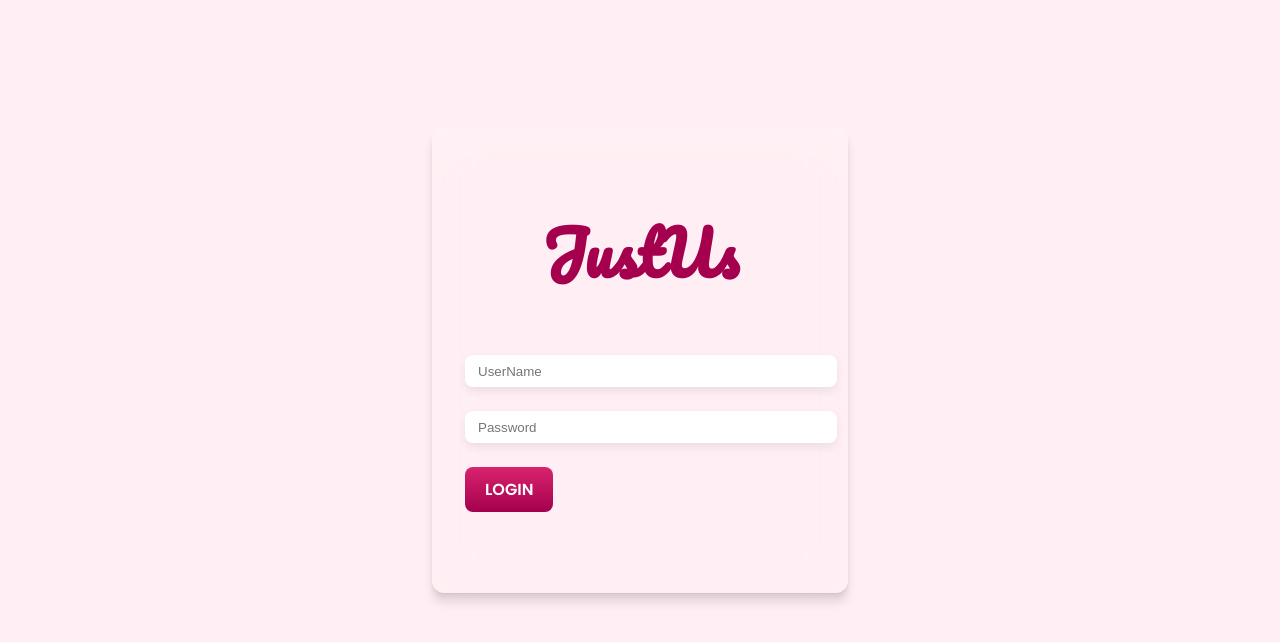
Repository: AfifaNoor/JustUs_ReactJs
Page: /
An editor plug-in stored every save of this project. The page is shown before and after the next save, followed by the edit.
The browser window is 1280 px wide. The pictures show the whole page.
The project was rebuilt for these pictures with package versions that can differ from the ones it lists, and the page was loaded fresh each time.

Above is the page before, as saved 2025-07-14 16:09:06.

### public/index.html
<!DOCTYPE html>
<html lang="en">
  <head>
    <meta charset="utf-8" />
    <link rel="icon" href="%PUBLIC_URL%/favicon.ico" />
    <link href="https://fonts.googleapis.com/css2?family=Poppins:wght@300;400;500;600;700&family=Pacifico&display=swap" rel="stylesheet">
    <meta name="viewport" content="width=device-width, initial-scale=1" />
    <meta name="theme-color" content="#000000" />
    <meta
      name="description"
      content="Web site created using create-react-app"
    />
    <link rel="apple-touch-icon" href="%PUBLIC_URL%/logo192.png" />
    <!--
      manifest.json provides metadata used when your web app is installed on a
      user's mobile device or desktop. See https://developers.google.com/web/fundamentals/web-app-manifest/
    -->
    <link rel="manifest" href="%PUBLIC_URL%/manifest.json" />
    <!--
      Notice the use of %PUBLIC_URL% in the tags above.
      It will be replaced with the URL of the `public` folder during the build.
      Only files inside the `public` folder can be referenced from the HTML.

      Unlike "/favicon.ico" or "favicon.ico", "%PUBLIC_URL%/favicon.ico" will
      work correctly both with client-side routing and a non-root public URL.
      Learn how to configure a non-root public URL by running `npm run build`.
    -->
    <title>Just Us</title>
  </head>
  <body>
    <noscript>You need to enable JavaScript to run this app.</noscript>
    <div id="root"></div>
    <!--
      This HTML file is a template.
      If you open it directly in the browser, you will see an empty page.

      You can add webfonts, meta tags, or analytics to this file.
      The build step will place the bundled scripts into the <body> tag.

      To begin the development, run `npm start` or `yarn start`.
      To create a production bundle, use `npm run build` or `yarn build`.
    -->
  </body>
</html>

### src/App.js
import React from 'react'
import LoginPage from './LoginPage'

const App = () => {
  return (
    <div>
      <LoginPage/>
    </div>
  )
}

export default App

### src/LoginPage.jsx
import React from 'react';
import "./LoginPage.css"

const LoginPage = () => {
  return (
    <div className='login-container'>
      <form className='form-container'>
      <div className='logo'>
        <h1> JustUs </h1>
      </div>
      <input
      className='form-input'
      type='text'
      placeholder='UserName'
      required

      />
      <input
      className='form-input'
      type='password'
      placeholder='Password'
      required

      />
      <div>
        <button className='btn-login'> Login</button>
      </div>

      </form>
    </div>
  )
}

export default LoginPage

### src/LoginPage.css
.login-container {
  width: 100%;
  height: 100vh;
  opacity: 1;
  transform: rotate(0deg);
  display: flex;
  justify-content: center;
  align-items: center;
  /* background: linear-gradient(#FFEFF4, #FDEAEF); */
  background-color: #FFEFF4;
  flex-direction: column;
  position: relative;
  font-family: 'Poppins', sans-serif;


}

h1,h2,h3 {
  color: #A4004E;
  font-weight: 700;

}

.logo {
  font-family: 'Pacifico', cursive;
  font-size: 30px;
  text-align: center;
}

.btn-login {
  background: linear-gradient(180deg, #D9236E 0%, #A4004E 100%);
  color: #ffffff;
  border: none;
  padding: 10px 20px;
  border-radius: 8px;
  font-weight: 600;
  font-size: 16px;
  text-transform: uppercase;
  font-family: 'Poppins', sans-serif;
  margin-bottom: 20px;
  text-align: center;
}

.form-container{
    width: 350px;
    height: 400px;
    border-radius: 12px;
    padding: 32px;
    gap:10px;
    flex-direction: column;
    display: flex;
    z-index: 1;
    border: 1px solid transparent;
    border-image-slice: 1;
    -webkit-backdrop-filter: blur(20px);
    backdrop-filter: blur(20px);

    box-shadow:
  0px 10px 10px 0px rgba(0, 0, 0, 0.10),
  0px 4px 4px 0px rgba(0, 0, 0, 0.05),
  0px 1px 0px 0px rgba(0, 0, 0, 0.05),
  inset 0px 20px 50px 0px rgba(255, 255, 255, 0.15);
}

.form-input{
    width: 350px;
    height: 20px;
    min-width: 140px;
    max-width: 500px;
    transform: rotate(0deg);
    opacity: 1;
    border-radius: 8px;
    border-width: 1px;
    padding: 5px 8px 5px 12px;
    gap: 8px;
    margin-bottom: 14px;
    border: 1px solid transparent;
    -webkit-backdrop-filter: blur(20px);
    backdrop-filter: blur(20px);
    box-shadow: 0 4px 10px rgba(0,0,0,0.08);
    cursor: pointer;



}

Loaded but not shown: src/index.js (common file); src/index.css (common file); src/reportWebVitals.js (common file)

After the next save:
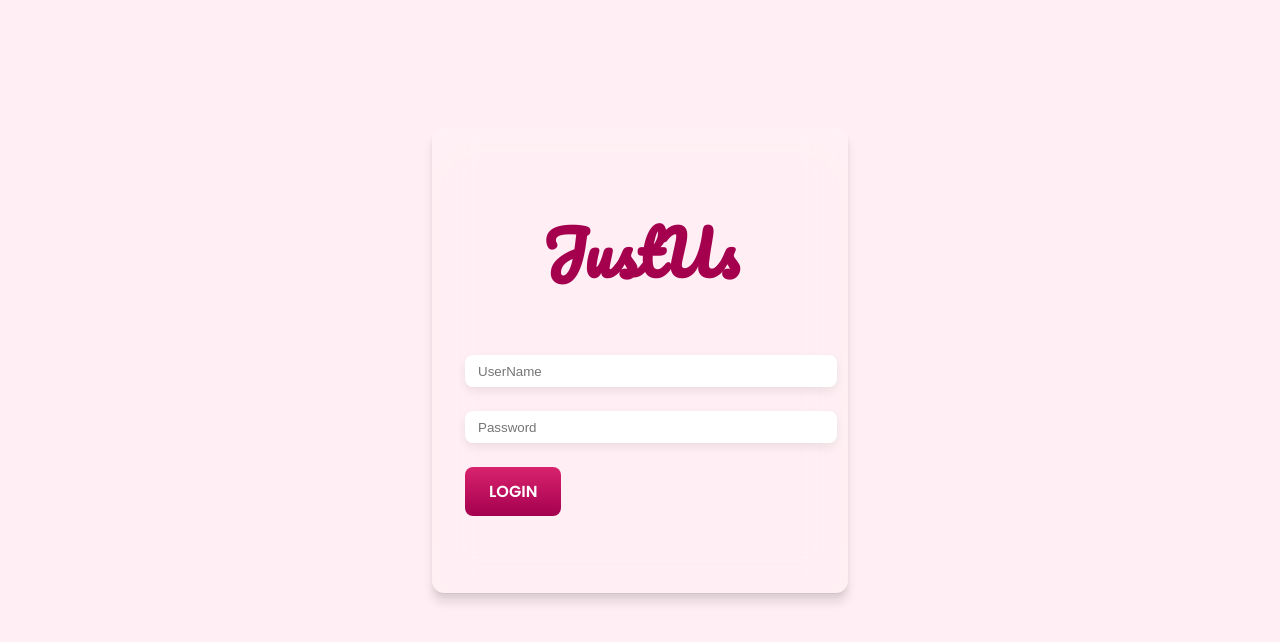
Saved 27 s later.
--- a/src/LoginPage.css
+++ b/src/LoginPage.css
@@ -31,7 +31,7 @@
   background: linear-gradient(180deg, #D9236E 0%, #A4004E 100%);
   color: #ffffff;
   border: none;
-  padding: 10px 20px;
+  padding: 12px 24px;
   border-radius: 8px;
   font-weight: 600;
   font-size: 16px;
